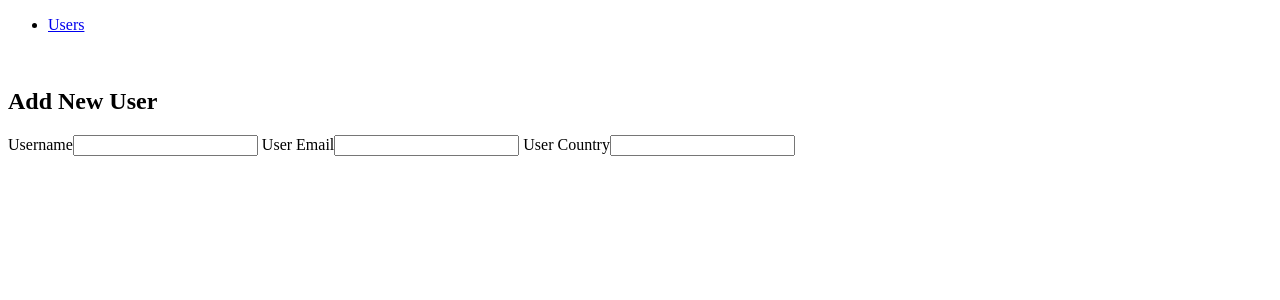
Repository: Rishicollinz/Java_Fullstack
Page: http://localhost/projtry/new
These files come from the project's save history. The page is drawn as it stood at one moment and after the next save; the edit follows.
The browser window is 1280 px wide. The pictures show the whole page.
The page is served by Tomcat 9. Other server files are loaded and not shown.

Above is the page before, as saved 2023-05-19 08:39:50.

### Eclipse 2/projtry/src/main/webapp/userForm.jsp
<%@ page language="java" contentType="text/html; charset=UTF-8"
    pageEncoding="UTF-8"%>

<%@ taglib prefix="c" uri="http://java.sun.com/jsp/jstl/core" %>
<!DOCTYPE html>
<html>
<head>
<meta charset="UTF-8">
<title>User Form</title>
</head>
<body>
	<ul>
	<li><a href="<%=request.getContextPath() %>/list">Users</a>
	</ul>
	<br>
	<c:if test="${user!=null }">
		<form action="update" method="post">
	</c:if>
	<c:if test="${user==null }">
		<form action="insert" method="post">
	</c:if>
	<h2>
		<c:if test="${user!=null }">
		Edit User
		</c:if>
		<c:if test="${user==null }">
		Add New User
		</c:if>
	</h2>
	<c:if test="${user!=null }">
		<input type="hidden" name="id" value="<c:out value='${user.id }'/>"/>
	</c:if>
	<label>Username</label><input type="text" value="<c:out value='${user.name }'/>"/>
	<label>User Email</label><input type="text" value="<c:out value='${user.email }'/>"/>
	<label>User Country</label><input type="text" value="<c:out value='${user.country }'/>"/>


</body>
</html>

### Eclipse 2/projtry/src/main/java/com/UserServlet.java
package com;
import java.util.*;
import java.io.IOException;
import java.sql.SQLException;

import javax.servlet.RequestDispatcher;
import javax.servlet.ServletException;
import javax.servlet.annotation.WebServlet;
import javax.servlet.http.HttpServlet;
import javax.servlet.http.HttpServletRequest;
import javax.servlet.http.HttpServletResponse;

/**
 * Servlet implementation class UserServlet
 */
@WebServlet("/")
public class UserServlet extends HttpServlet {
	private static final long serialVersionUID = 1L;
	private UserDao userDao;

    /**
     * Default constructor.
     */
    public UserServlet() {
        // TODO Auto-generated constructor stub
    	this.userDao=new UserDao();
    }

	/**
	 * @see HttpServlet#doGet(HttpServletRequest request, HttpServletResponse response)
	 */
	protected void doGet(HttpServletRequest request, HttpServletResponse response) throws ServletException, IOException {
		// TODO Auto-generated method stub
		String action=request.getServletPath();
		try {
			switch(action) {
				case "/new":
					showNewForm(request,response);
					break;
				case "/insert":
					insertUser(request,response);
					break;
				case "/delete":
					deleteUser(request,response);
					break;
				case "/update":
					updateUser(request,response);
					break;
				case "/edit":
					showEditForm(request, response);
					break;
				default:
					listUser(request,response);
					break;
			}
		}catch(SQLException e) {
			throw new ServletException(e);
		}

	}

	private void listUser(HttpServletRequest request,HttpServletResponse response) throws ServletException,SQLException, IOException {
		List<User> listUser=userDao.selectAllUser();
		request.setAttribute("a",listUser);
		RequestDispatcher dispatcher=request.getRequestDispatcher("userList.jsp");
		dispatcher.forward(request,response);
	}

	private void showNewForm(HttpServletRequest request,HttpServletResponse response) throws ServletException,SQLException, IOException {

		RequestDispatcher dispatcher=request.getRequestDispatcher("userForm.jsp");
		dispatcher.forward(request,response);
	}

	private void showEditForm(HttpServletRequest request,HttpServletResponse response) throws ServletException,SQLException, IOException {
		int id=Integer.parseInt(request.getParameter("id"));
		User existingUser=userDao.selectUser(id);

		RequestDispatcher dispatcher=request.getRequestDispatcher("userForm.jsp");
		request.setAttribute("user",existingUser);
		dispatcher.forward(request,response);
	}
	private void insertUser(HttpServletRequest request,HttpServletResponse response) throws ServletException,SQLException, IOException {
		String name=request.getParameter("name");
		String email=request.getParameter("email");
		String country=request.getParameter("country");
		User newUser=new User(name,email,country);
		userDao.insert_user(newUser);
		response.sendRedirect("list");
	}

	private void updateUser(HttpServletRequest request,HttpServletResponse response) throws ServletException,SQLException, IOException {
		int id=Integer.parseInt(request.getParameter("id"));
		String name=request.getParameter("name");
		String email=request.getParameter("email");
		String country=request.getParameter("country");
		User book=new User(id,name,email,country);
		userDao.updateUser(book);
		response.sendRedirect("list");
	}

	private void deleteUser(HttpServletRequest request,HttpServletResponse response) throws ServletException,SQLException, IOException {
		int id=Integer.parseInt(request.getParameter("id"));
		userDao.deleteUser(id);
		response.sendRedirect("list");
	}

	/**
	 * @see HttpServlet#doPost(HttpServletRequest request, HttpServletResponse response)
	 */
	protected void doPost(HttpServletRequest request, HttpServletResponse response) throws ServletException, IOException {
		// TODO Auto-generated method stub
		doGet(request, response);
	}

}

After the next save:
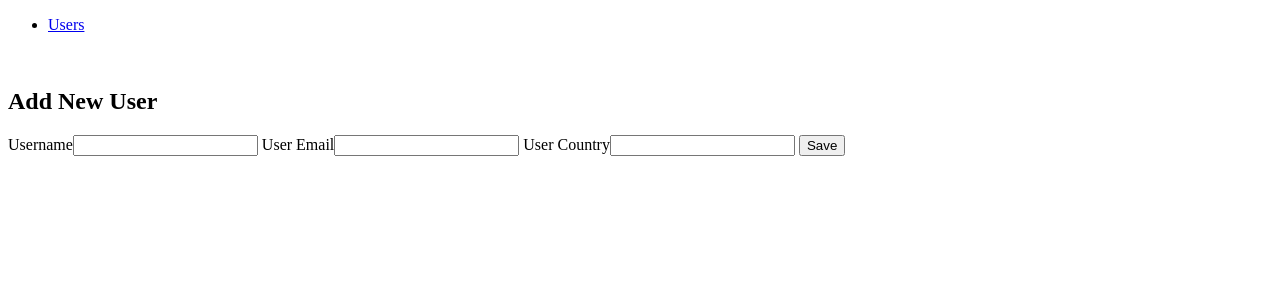
Saved 116 s later.
--- a/Eclipse 2/projtry/src/main/webapp/userForm.jsp
+++ b/Eclipse 2/projtry/src/main/webapp/userForm.jsp
@@ -33,7 +33,7 @@
 	<label>Username</label><input type="text" value="<c:out value='${user.name }'/>"/>
 	<label>User Email</label><input type="text" value="<c:out value='${user.email }'/>"/>
 	<label>User Country</label><input type="text" value="<c:out value='${user.country }'/>"/>
-
+	<button type="submit">Save</button>
 
 </body>
 </html>
